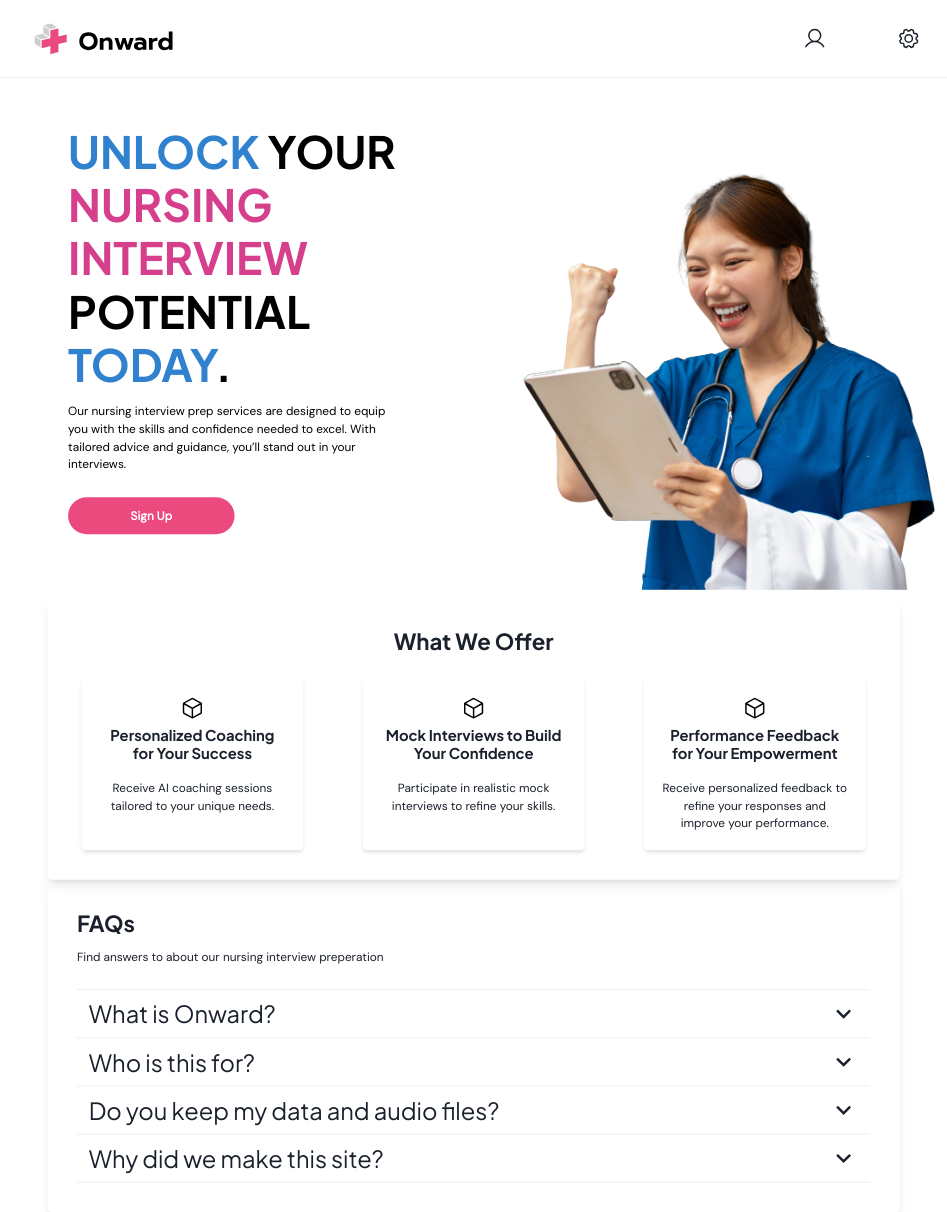
Repository: Aladdin3r/onward
Page: /landing-page
These files come from the project's save history. The page is drawn as it stood at one moment and after the next save; the edit follows.
The browser window is 1280 px wide. The pictures show the whole page, at 74% of full size.
The project was rebuilt for these pictures with package versions that can differ from the ones it lists, and the page was loaded fresh each time. The framework's server and built-in components were replaced by stand-ins that run in the browser. Also part of the build but not shown: next.config.mjs, styles/components/AppTopNav.js, styles/components/Layout.js.

Above is the page before, as saved 2024-10-29 02:58:20.

### pages/_app.js
import { ChakraProvider } from "@chakra-ui/react";
import theme from "@/styles/theme";

function MyApp({ Component, pageProps }) {
  return (
    <ChakraProvider theme={theme}>
      <Component {...pageProps} />
    </ChakraProvider>
  );
}

export default MyApp;

### pages/_document.js
import { Html, Head, Main, NextScript } from "next/document";

export default function Document() {
  return (
    <Html lang="en">
      <Head>
        <link
          href="https://fonts.googleapis.com/css2?family=DM+Sans:wght@400&family=Plus+Jakarta+Sans:wght@400;600;700&display=swap"
          rel="stylesheet"
        />
      </Head>
      <body>
        <Main />
        <NextScript />
      </body>
    </Html>
  );
}

### pages/landing-page.js
import {
    Box,
    Flex,
    Heading,
    Text,
    Stack,
    Button,
    Accordion,
    AccordionItem,
    AccordionButton,
    AccordionPanel,
    AccordionIcon,
    Image
} from "@chakra-ui/react";
import Layout from "@/styles/components/Layout";
import TopNav from "@/styles/components/TopNav";
import AppTopNav from "@/styles/components/AppTopNav";
import { useRouter } from 'next/router';

export default function Home() {
    const router = useRouter();

    // Button action function
    const handleSignUp = () => {
        router.push('/signup'); // Navigate to the sign-up page
    };

    return (
        <>
            {/* Hero Section */}
            <TopNav />

            <Flex //hero card
                p={3}
                width="100%"
                mb={0}
                flexDirection="row"
                alignItems="center"
                justifyContent="space-between"
                gap="2rem"  // Adds a gap between text and image
            >

                <Flex //left text
                    flexDirection="column" zIndex={1}
                    ml="20"
                >
                    <Heading
                        fontFamily="heading"
                        fontSize="6xl"
                        fontWeight="bold"
                        width="88%"
                        mb={4}
                    >
                        <Text as="span" color="blue.500">UNLOCK </Text>
                        <Text as="span" color="black">YOUR </Text>
                        <Text as="span" color="pink.500">NURSING INTERVIEW </Text>
                        <Text as="span" color="black">POTENTIAL </Text>
                        <Text as="span" color="blue.500">TODAY</Text>
                        <Text as="span" color="black">. </Text>
                    </Heading>
                    <Text fontFamily="body" fontSize="x" color="black" mb={6} width="78%">
                        Our nursing interview prep services are designed to equip you with the skills and confidence needed to excel. With tailored advice and guidance, you’ll stand out in your interviews.
                    </Text>
                    <Button
                        mt="2"
                        bg="#EA4A7D"
                        color="#FFFFFF"
                        width="50%"
                        height="50px"
                        maxW="225px"
                        fontWeight="semibold"
                        fontSize="16px"
                        borderRadius="full"
                        px="6"
                        mb="6"
                    >
                        Sign Up
                    </Button>
                </Flex>

                <Box width="45%" flexShrink={0}>
                    <Image
                        src="/images/ipad-nurse.png"
                        alt="IPad Nurse"
                        width="100%"
                        height="auto"
                        objectFit="cover"

                    />
                </Box>

            </Flex>



            {/* What We Offer Section */}
            <Box p={10} textAlign="center" borderRadius="md" boxShadow="lg" maxW="90%" mx="auto" >
                <Heading fontFamily="heading" fontSize="3xl" mb={8}>What We Offer</Heading>
                <Flex justify="center" gap={20}>
                    <Stack width="300px" borderRadius="md" boxShadow="md" p={6} textAlign="center" alignItems="center">
                        <svg xmlns="http://www.w3.org/2000/svg" width="32" height="32" fill="#000000" viewBox="0 0 256 256"><path d="M223.68,66.15,135.68,18h0a15.88,15.88,0,0,0-15.36,0l-88,48.17a16,16,0,0,0-8.32,14v95.64a16,16,0,0,0,8.32,14l88,48.17a15.88,15.88,0,0,0,15.36,0l88-48.17a16,16,0,0,0,8.32-14V80.18A16,16,0,0,0,223.68,66.15ZM128,32h0l80.34,44L128,120,47.66,76ZM40,90l80,43.78v85.79L40,175.82Zm96,129.57V133.82L216,90v85.78Z"></path></svg>
                        <Heading fontFamily="heading" fontSize="xl" mb={4}>Personalized Coaching for Your Success</Heading>
                        <Text fontFamily="body">
                            Receive AI coaching sessions tailored to your unique needs.
                        </Text>
                    </Stack>
                    <Stack width="300px" borderRadius="md" boxShadow="md" p={6} textAlign="center" alignItems="center">
                        <svg xmlns="http://www.w3.org/2000/svg" width="32" height="32" fill="#000000" viewBox="0 0 256 256"><path d="M223.68,66.15,135.68,18h0a15.88,15.88,0,0,0-15.36,0l-88,48.17a16,16,0,0,0-8.32,14v95.64a16,16,0,0,0,8.32,14l88,48.17a15.88,15.88,0,0,0,15.36,0l88-48.17a16,16,0,0,0,8.32-14V80.18A16,16,0,0,0,223.68,66.15ZM128,32h0l80.34,44L128,120,47.66,76ZM40,90l80,43.78v85.79L40,175.82Zm96,129.57V133.82L216,90v85.78Z"></path></svg>
                        <Heading fontFamily="heading" fontSize="xl" mb={4}>Mock Interviews to Build Your Confidence</Heading>
                        <Text fontFamily="body">
                            Participate in realistic mock interviews to refine your skills.
                        </Text>
                    </Stack>
                    <Stack width="300px" borderRadius="md" boxShadow="md" p={6} textAlign="center" alignItems="center">
                        <svg xmlns="http://www.w3.org/2000/svg" width="32" height="32" fill="#000000" viewBox="0 0 256 256"><path d="M223.68,66.15,135.68,18h0a15.88,15.88,0,0,0-15.36,0l-88,48.17a16,16,0,0,0-8.32,14v95.64a16,16,0,0,0,8.32,14l88,48.17a15.88,15.88,0,0,0,15.36,0l88-48.17a16,16,0,0,0,8.32-14V80.18A16,16,0,0,0,223.68,66.15ZM128,32h0l80.34,44L128,120,47.66,76ZM40,90l80,43.78v85.79L40,175.82Zm96,129.57V133.82L216,90v85.78Z"></path></svg>
                        <Heading fontFamily="heading" fontSize="xl" mb={4}>Performance Feedback for Your Empowerment</Heading>
                        <Text fontFamily="body">
                            Receive personalized feedback to refine your responses and improve your performance.
                        </Text>
                    </Stack>
                </Flex>
            </Box>

            {/* FAQ Section */}
            <Box p={10} borderRadius="md" boxShadow="lg" maxW="90%" mx="auto">
                <Heading fontFamily="heading" fontSize="3xl" textAlign="left" mb={4}>FAQs</Heading>
                <Text fontFamily="body" fontSize="s" textAlign="left" mb={8}>
                    Find answers to about our nursing interview preperation
                </Text>
                <Accordion allowToggle>
                    <AccordionItem>
                        <h2>
                            <AccordionButton>
                                <Box as="span" flex="1" textAlign="left" fontFamily="heading">What is Onward?</Box>
                                <AccordionIcon />
                            </AccordionButton>
                        </h2>
                        <AccordionPanel pb={4} fontFamily="body">
                            Onward is an AI-powered personal interview coach designed for nurses to enhance their job interview skills.
                        </AccordionPanel>
                    </AccordionItem>
                    <AccordionItem>
                        <h2>
                            <AccordionButton>
                                <Box as="span" flex="1" textAlign="left" fontFamily="heading">Who is this for?</Box>
                                <AccordionIcon />
                            </AccordionButton>
                        </h2>
                        <AccordionPanel pb={4} fontFamily="body">
                            This service is designed for nurses, especially those new to the Canadian healthcare system.
                        </AccordionPanel>
                    </AccordionItem>
                    <AccordionItem>
                        <h2>
                            <AccordionButton>
                                <Box as="span" flex="1" textAlign="left" fontFamily="heading">Do you keep my data and audio files?</Box>
                                <AccordionIcon />
                            </AccordionButton>
                        </h2>
                        <AccordionPanel pb={4} fontFamily="body">
                            Yes, we securely store data as per our privacy policy to enhance your interview coaching experience.
                        </AccordionPanel>
                    </AccordionItem>
                    <AccordionItem>
                        <h2>
                            <AccordionButton>
                                <Box as="span" flex="1" textAlign="left" fontFamily="heading">Why did we make this site?</Box>
                                <AccordionIcon />
                            </AccordionButton>
                        </h2>
                        <AccordionPanel pb={4} fontFamily="body">
                            Onward aims to empower nurses by providing interview preparation tools tailored to their needs.
                        </AccordionPanel>
                    </AccordionItem>
                </Accordion>
            </Box>
        </>
    );
}

### styles/theme.js
import { extendTheme } from "@chakra-ui/react";
import { theme as chakraTheme } from "@chakra-ui/react";
import Button from './components/Button';
import { Stepper } from "@chakra-ui/react";

const fonts = {
    ...chakraTheme.fonts,
    body: "DM Sans",
    heading: "Plus Jakarta Sans",
}

const overrides = {
    ...chakraTheme,
    fonts,
    components: {
        Button: {
            ...Button,
        },
    },
    fontWeights: {
        normal: 400,
        medium: 500,
        bold: 700,
    },
    fontSizes: {
        xxs: "14pt",
        xs: "16pt",
        sm: "20pt",
        md: "24pt",
        lg: "32pt",
    },
    colors: {
       brand: {
        blushPink: "#EA4A7D",
        pastelBlue: "#CBD5FF",
        blueberryCreme: "#EBEFFF",
        frostWhite: "#FAFAFA",
        nightBlack: "#1f1f1f",
        platinum: "#e2e2e2",
        confirmationGreen: "#61CD3D",
        imperialRed: "EA4A4D",
        canaryYellow: "#EAE84A",
        oceanBlue: "#214DDF",
        pureWhite: "#FFFFFF"
        }
    },
    styles: {
        global: {
            body: {
                bg: "frostWhite",
            },
        },
    },
}

const customTheme = extendTheme(overrides);

export default customTheme;

### styles/components/TopNav.js
'use client'
import {
    Box,
    Flex,
    useColorModeValue,
    IconButton,
    Image,
    Link,
} from "@chakra-ui/react";
import { User, Gear } from "@phosphor-icons/react";

export default function TopNav() {
    const bgColor = useColorModeValue('#fff', 'brand.nightBlack');

    return (
        <Box bg={bgColor} px={4} borderBottom="1px solid #E6EAF2">
            <Flex h={"104px"} alignItems={'center'} justifyContent={'space-between'}>
                <Box fontSize={{ base: 'md', md: 'lg' }}>
                    <Link href="/">
                        <Image src="logo.svg" boxSize="253px" alt="Onward Logo" style={{ padding: "30px" }} />
                    </Link>
                </Box>
                <Flex alignItems={'center'}>
                    <Link href="/user">
                        <IconButton
                            aria-label="User settings"
                            icon={<User />}
                            variant="ghost"
                            mr="55px"
                        />
                    </Link>
                    <Link href="/settings">
                        <IconButton
                            aria-label="Settings"
                            icon={<Gear />}
                            variant="ghost"
                        />
                    </Link>
                </Flex>
            </Flex>
        </Box>
    );
}

### styles/components/Button.js
const Button = {
    baseStyle: {
      display: 'flex',
      borderRadius: '999px',
      fontFamily: 'DM Sans',
      _hover: {
        boxShadow: '0px 4px 4px 0px rgba(0, 0, 0, 0.45)',
      },
      padding: 3,
    },
    sizes: {
      xs: {
        fontSize: ['12pt', '14pt', '16pt'], // Responsive font sizes for xs
        px: [2, 3], // Responsive padding
      },
      sm: {
        fontSize: ['14pt', '16pt', '20pt'],
        px: [2, 4],
      },
      md: {
        fontSize: ['16pt', '20pt', '24pt'],
        px: [3, 5],
      },
      lg: {
        fontSize: ['20pt', '28pt', '32pt'],
        px: [4, 6],
      },
    },
    variants: {
      lgPrimary: {
        bg: 'brand.blushPink',
        color: 'brand.frostWhite',
        width: ['100%', '325px'], // 100% width on smaller screens
        height: '72px',
        fontSize: ['20pt', '28pt', '32pt'], // Responsive font size
        borderRadius: '999px',
      },
      mdPrimary: {
        bg: 'brand.blushPink',
        color: 'brand.frostWhite',
        width: ['100%', '225px'],
        height: '72px',
        fontSize: ['16pt', '20pt', '24pt'],
        borderRadius: '999px',
      },
      smPrimary: {
        bg: 'brand.blushPink',
        color: 'brand.frostWhite',
        width: ['100%', '150px'],
        height: '64px',
        fontSize: ['14pt', '16pt', '20pt'],
        borderRadius: '999px',
      },
      xsPrimary: {
        bg: 'brand.blushPink',
        color: 'brand.frostWhite',
        width: ['100%', '117px'],
        height: '32px',
        fontSize: ['12pt', '14pt', '18pt'],
        borderRadius: '999px',
      },
      lgSecondary: {
        bg: 'brand.platinum',
        color: 'brand.nightBlack',
        width: ['100%', '325px'],
        height: '72px',
        fontSize: ['20pt', '28pt', '32pt'],
        borderRadius: '999px',
        _hover: {
          bg: 'brand.blushPink',
          color: 'brand.frostWhite',
          boxShadow: '0px 4px 4px 0px rgba(0, 0, 0, 0.45)',
        },
      },
      mdSecondary: {
        bg: 'brand.platinum',
        color: 'brand.nightBlack',
        width: ['100%', '225px'],
        height: '72px',
        fontSize: ['16pt', '20pt', '24pt'],
        borderRadius: '999px',
        _hover: {
          bg: 'brand.blushPink',
          color: 'brand.frostWhite',
          boxShadow: '0px 4px 4px 0px rgba(0, 0, 0, 0.45)',
        },
      },
      smSecondary: {
        bg: 'brand.platinum',
        color: 'brand.nightBlack',
        width: ['100%', '150px'],
        height: '64px',
        fontSize: ['14pt', '16pt', '20pt'],
        borderRadius: '999px',
        _hover: {
          bg: 'brand.blushPink',
          color: 'brand.frostWhite',
          boxShadow: '0px 4px 4px 0px rgba(0, 0, 0, 0.45)',
        },
      },
      xsSecondary: {
        bg: 'brand.platinum',
        color: 'brand.nightBlack',
        width: ['100%', '117px'],
        height: '32px',
        fontSize: ['12pt', '14pt', '18pt'],
        borderRadius: '999px',
        _hover: {
          bg: 'brand.blushPink',
          color: 'brand.frostWhite',
          boxShadow: '0px 4px 4px 0px rgba(0, 0, 0, 0.45)',
        },
      },
    },
  };

  export default Button;

Loaded but not shown: styles/components/SideNav.js (162 lines, source omitted)

After the next save:
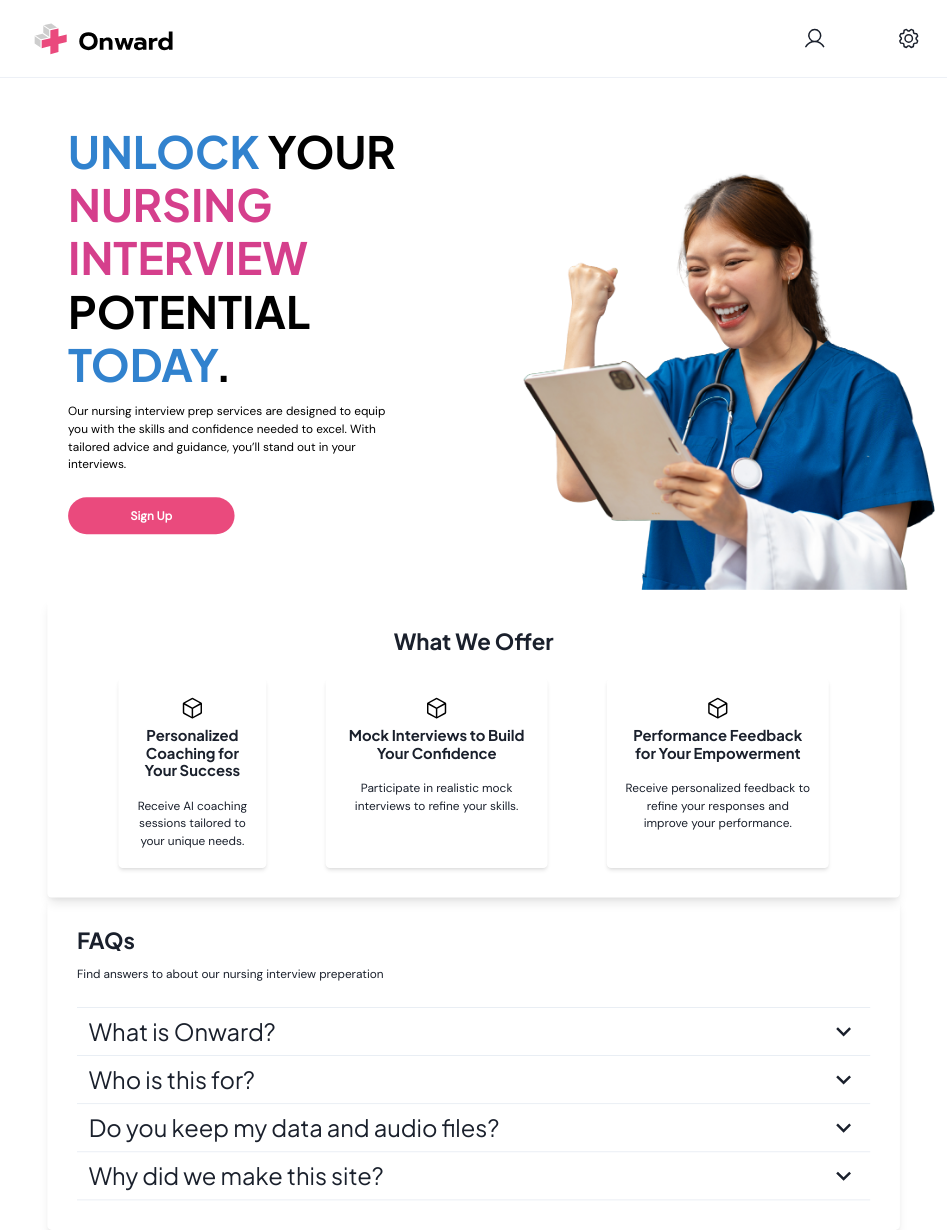
Saved 48 s later.
--- a/pages/landing-page.js
+++ b/pages/landing-page.js
@@ -97,7 +97,7 @@
             <Box p={10} textAlign="center" borderRadius="md" boxShadow="lg" maxW="90%" mx="auto" >
                 <Heading fontFamily="heading" fontSize="3xl" mb={8}>What We Offer</Heading>
                 <Flex justify="center" gap={20}>
-                    <Stack width="300px" borderRadius="md" boxShadow="md" p={6} textAlign="center" alignItems="center">
+                    <Stack width="200px" borderRadius="md" boxShadow="md" p={6} textAlign="center" alignItems="center">
                         <svg xmlns="http://www.w3.org/2000/svg" width="32" height="32" fill="#000000" viewBox="0 0 256 256"><path d="M223.68,66.15,135.68,18h0a15.88,15.88,0,0,0-15.36,0l-88,48.17a16,16,0,0,0-8.32,14v95.64a16,16,0,0,0,8.32,14l88,48.17a15.88,15.88,0,0,0,15.36,0l88-48.17a16,16,0,0,0,8.32-14V80.18A16,16,0,0,0,223.68,66.15ZM128,32h0l80.34,44L128,120,47.66,76ZM40,90l80,43.78v85.79L40,175.82Zm96,129.57V133.82L216,90v85.78Z"></path></svg>
                         <Heading fontFamily="heading" fontSize="xl" mb={4}>Personalized Coaching for Your Success</Heading>
                         <Text fontFamily="body">

After the save that followed:
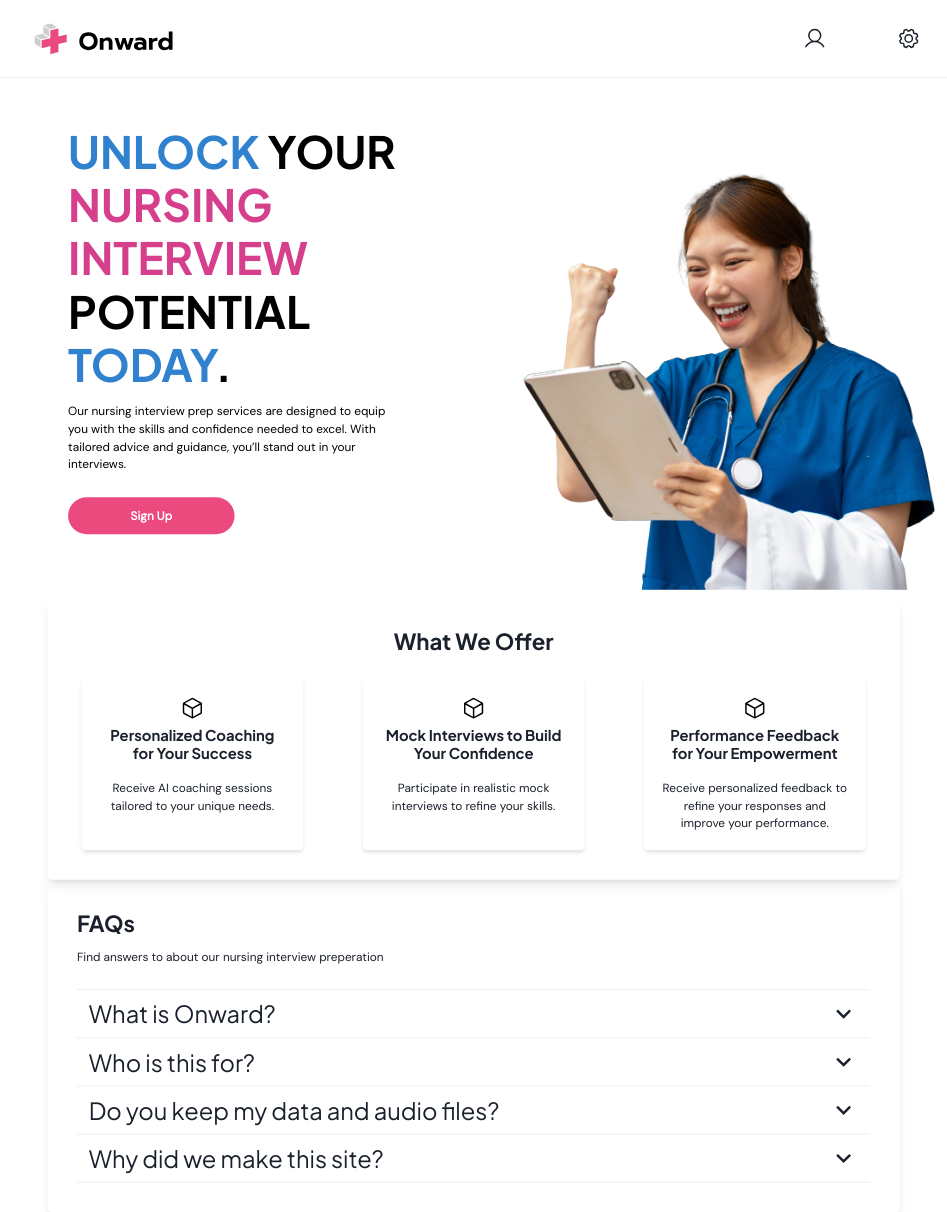
Saved 9 s later.
--- a/pages/landing-page.js
+++ b/pages/landing-page.js
@@ -97,7 +97,7 @@
             <Box p={10} textAlign="center" borderRadius="md" boxShadow="lg" maxW="90%" mx="auto" >
                 <Heading fontFamily="heading" fontSize="3xl" mb={8}>What We Offer</Heading>
                 <Flex justify="center" gap={20}>
-                    <Stack width="200px" borderRadius="md" boxShadow="md" p={6} textAlign="center" alignItems="center">
+                    <Stack width="300px" borderRadius="md" boxShadow="md" p={6} textAlign="center" alignItems="center">
                         <svg xmlns="http://www.w3.org/2000/svg" width="32" height="32" fill="#000000" viewBox="0 0 256 256"><path d="M223.68,66.15,135.68,18h0a15.88,15.88,0,0,0-15.36,0l-88,48.17a16,16,0,0,0-8.32,14v95.64a16,16,0,0,0,8.32,14l88,48.17a15.88,15.88,0,0,0,15.36,0l88-48.17a16,16,0,0,0,8.32-14V80.18A16,16,0,0,0,223.68,66.15ZM128,32h0l80.34,44L128,120,47.66,76ZM40,90l80,43.78v85.79L40,175.82Zm96,129.57V133.82L216,90v85.78Z"></path></svg>
                         <Heading fontFamily="heading" fontSize="xl" mb={4}>Personalized Coaching for Your Success</Heading>
                         <Text fontFamily="body">
